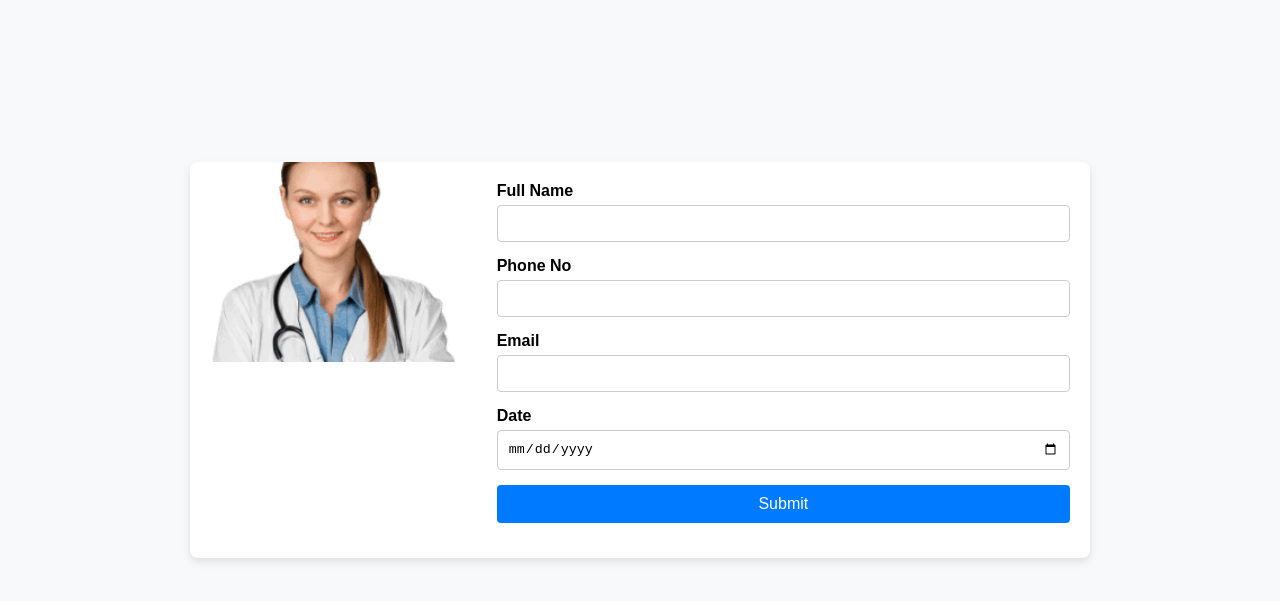
Repository: Reshu70/dental
Page: css/form.html
An editor plug-in stored every save of this project. The page is shown before and after the next save, followed by the edit.
The browser window is 1280 px wide. The pictures show the whole page.

Above is the page before, as saved 2024-06-06 11:51:49.

After the next save:
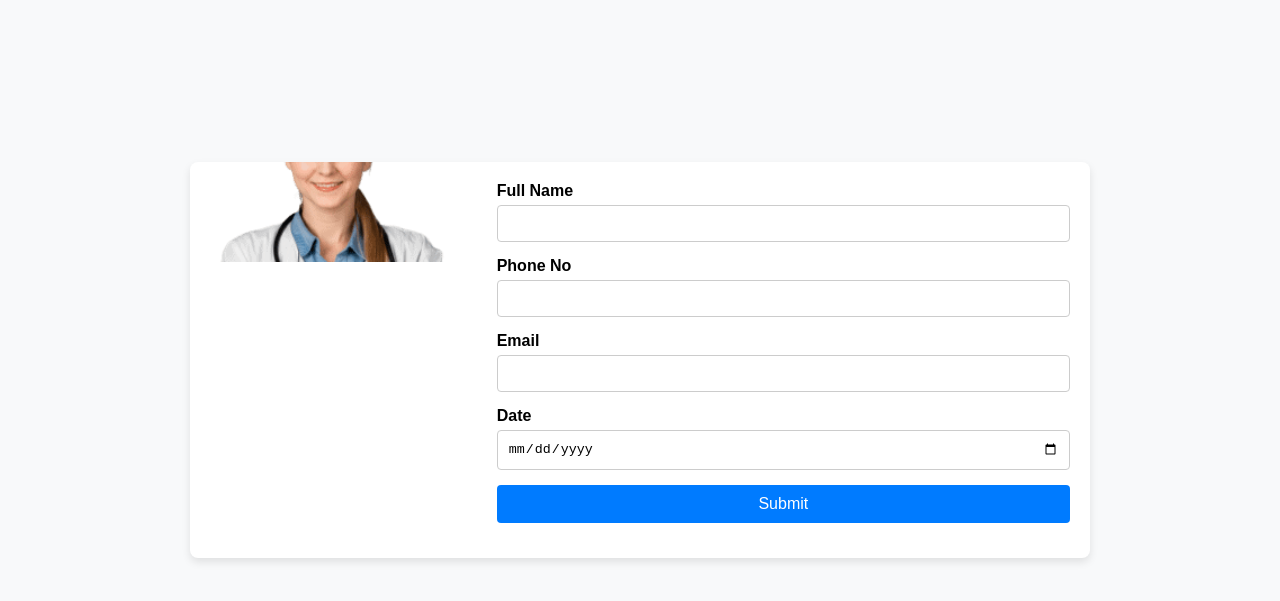
Saved 21 s later.
--- a/css/form.html
+++ b/css/form.html
@@ -95,7 +95,7 @@
 </head>
 <body>
     <div class="container">
-        <img src="/images/team-1-1.png " alt="About Us Image" style="height: 200px;" class="img-fluid text-center mt-5">
+        <img src="/images/team-1-1.png " alt="About Us Image" style="height: 100px;" class="img-fluid text-center mt-5">
         <div class="form-container">
             <form>
                 <div class="form-group">

After the save that followed:
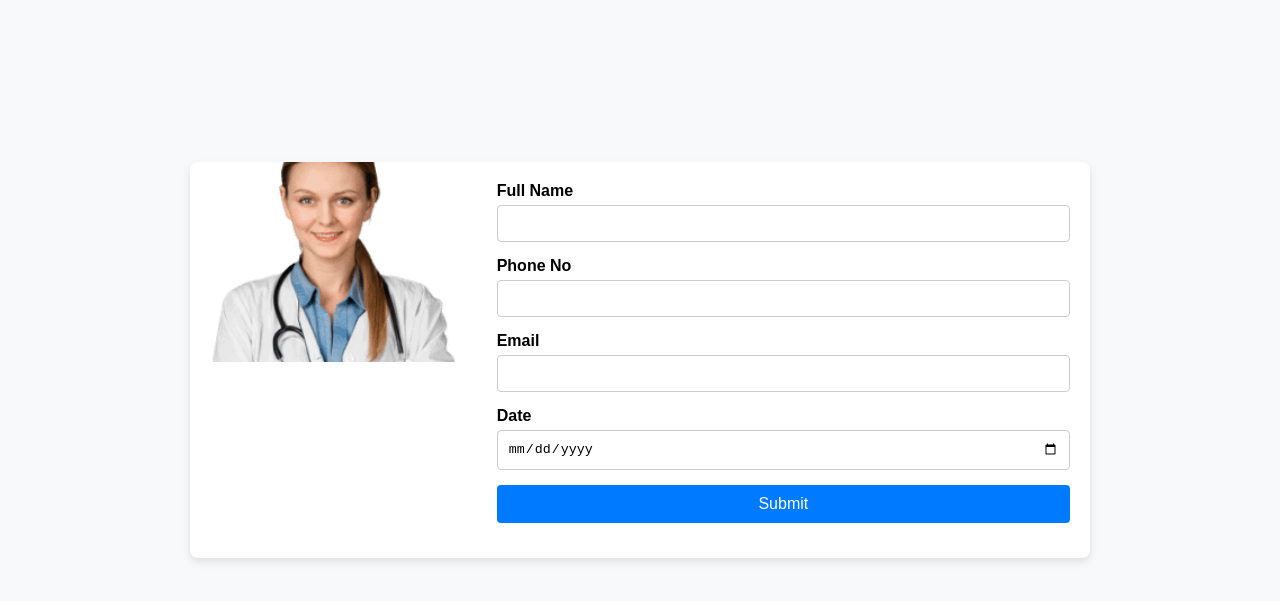
Saved 88 s later.
--- a/css/form.html
+++ b/css/form.html
@@ -95,7 +95,7 @@
 </head>
 <body>
     <div class="container">
-        <img src="/images/team-1-1.png " alt="About Us Image" style="height: 100px;" class="img-fluid text-center mt-5">
+        <img src="/images/team-1-1.png " alt="About Us Image" style="height: 200px;" class="img-fluid text-center" style="text:center; margin-top:100px">
         <div class="form-container">
             <form>
                 <div class="form-group">
